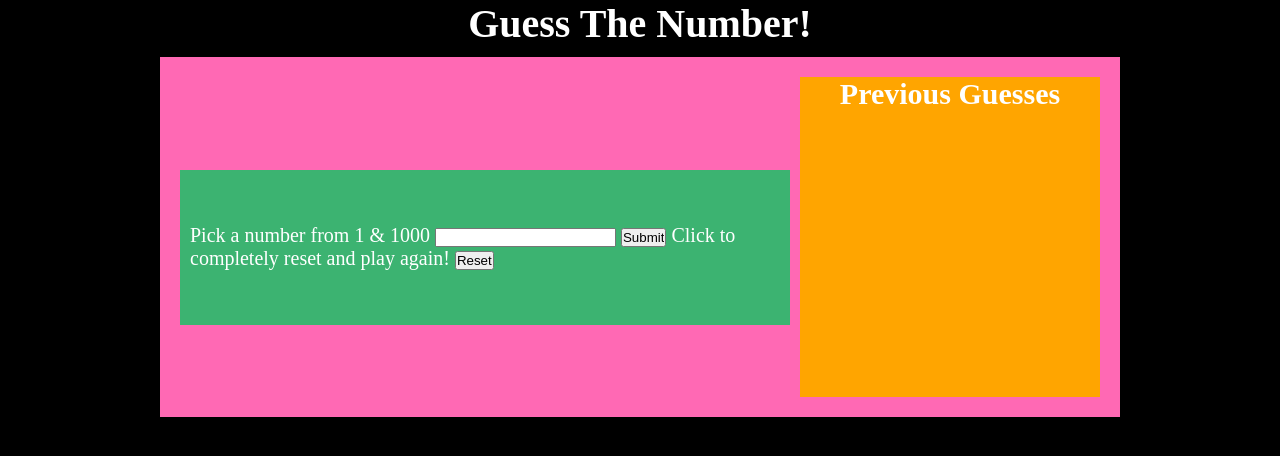
Repository: mlmEFSC21/P14-Guessing-Game
Page: guess.html
An editor plug-in stored every save of this project. The page is shown before and after the next save, followed by the edit.
The browser window is 1280 px wide. The pictures show the whole page.

Above is the page before, as saved 2022-03-17 14:34:26.

After the next save:
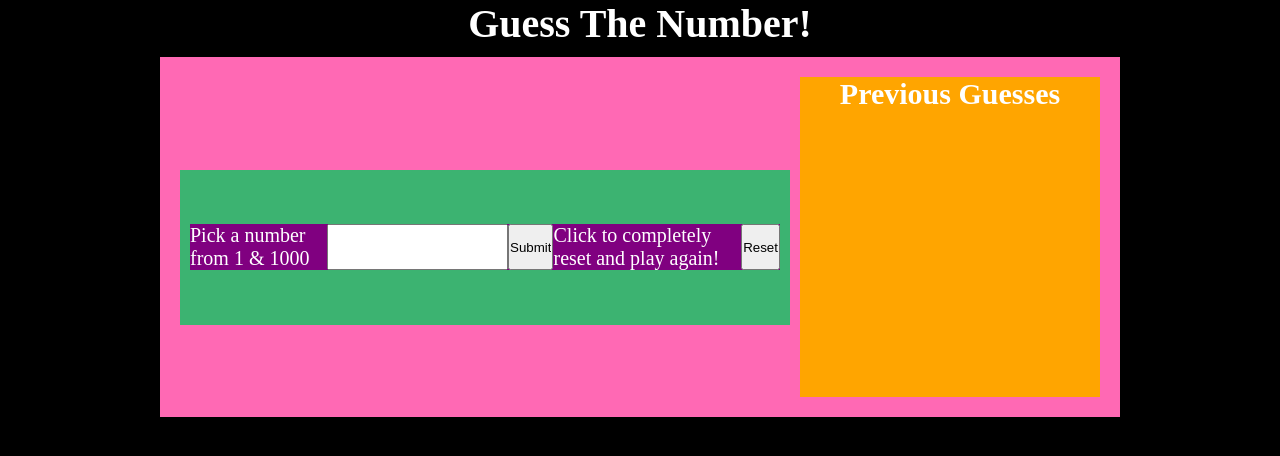
Saved 41 s later.
--- a/guess.html
+++ b/guess.html
@@ -15,7 +15,7 @@
         <section>
             <div class="gameContainer" id="container">
                 <div class="results" id="results">
-                    <form action="#">
+                    <form action="#" class="inputForm">
                         <label for="guessInput">Pick a number from 1 & 1000</label>
                         <input type="text" name="guessInput" id="guessInput" />
                         <input type="button" id="submitBtn" value="Submit" />
